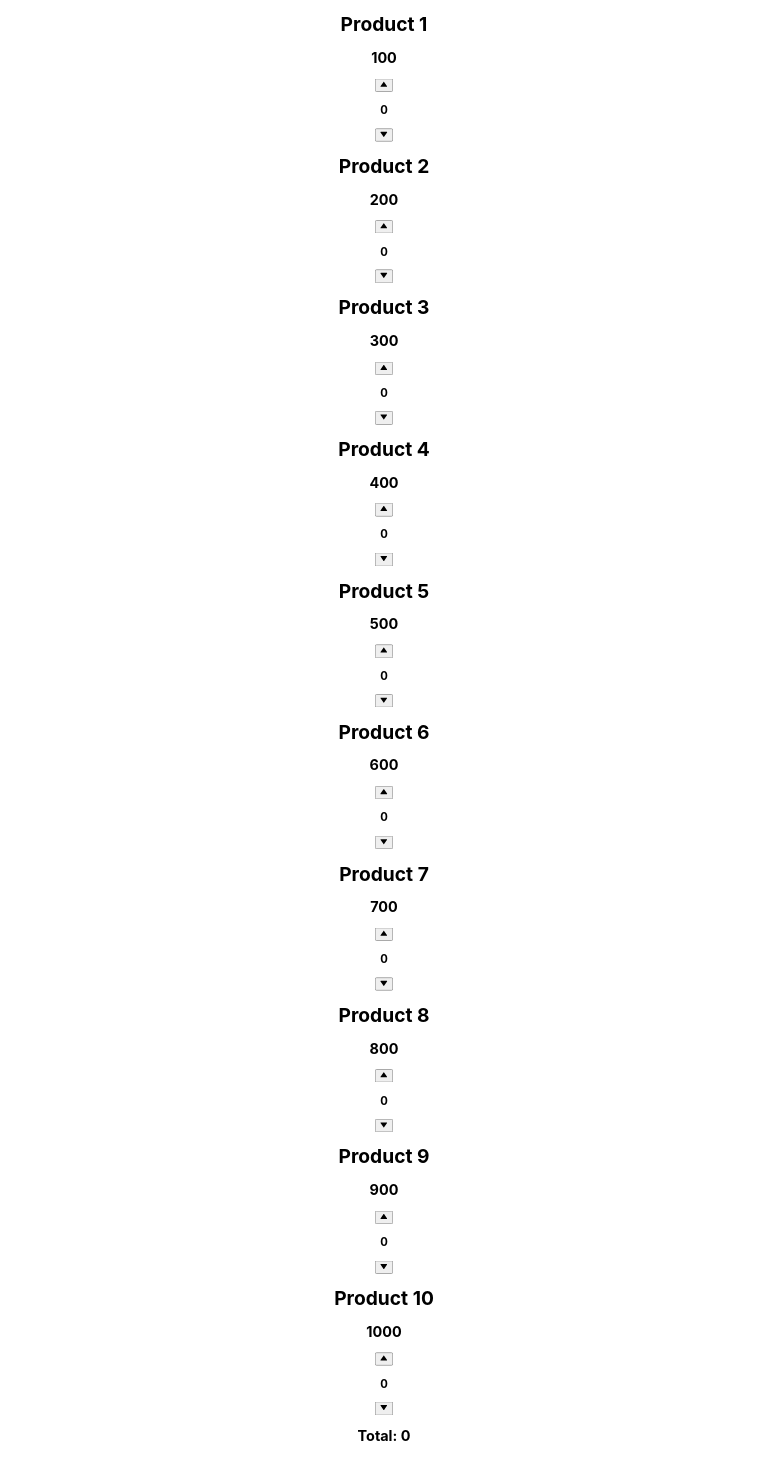
Repository: sriram1224/Cart-react-app
Page: /
The author's editor kept a copy of each file at every save. The page is drawn from the files as they stood at one save, then again after the next save.
The browser window is 1280 px wide. The pictures show the whole page, at 60% of full size.
The project was rebuilt for these pictures with package versions that can differ from the ones it lists, and the page was loaded fresh each time.

Above is the page before, as saved 2024-03-12 16:40:39.

After the next save:
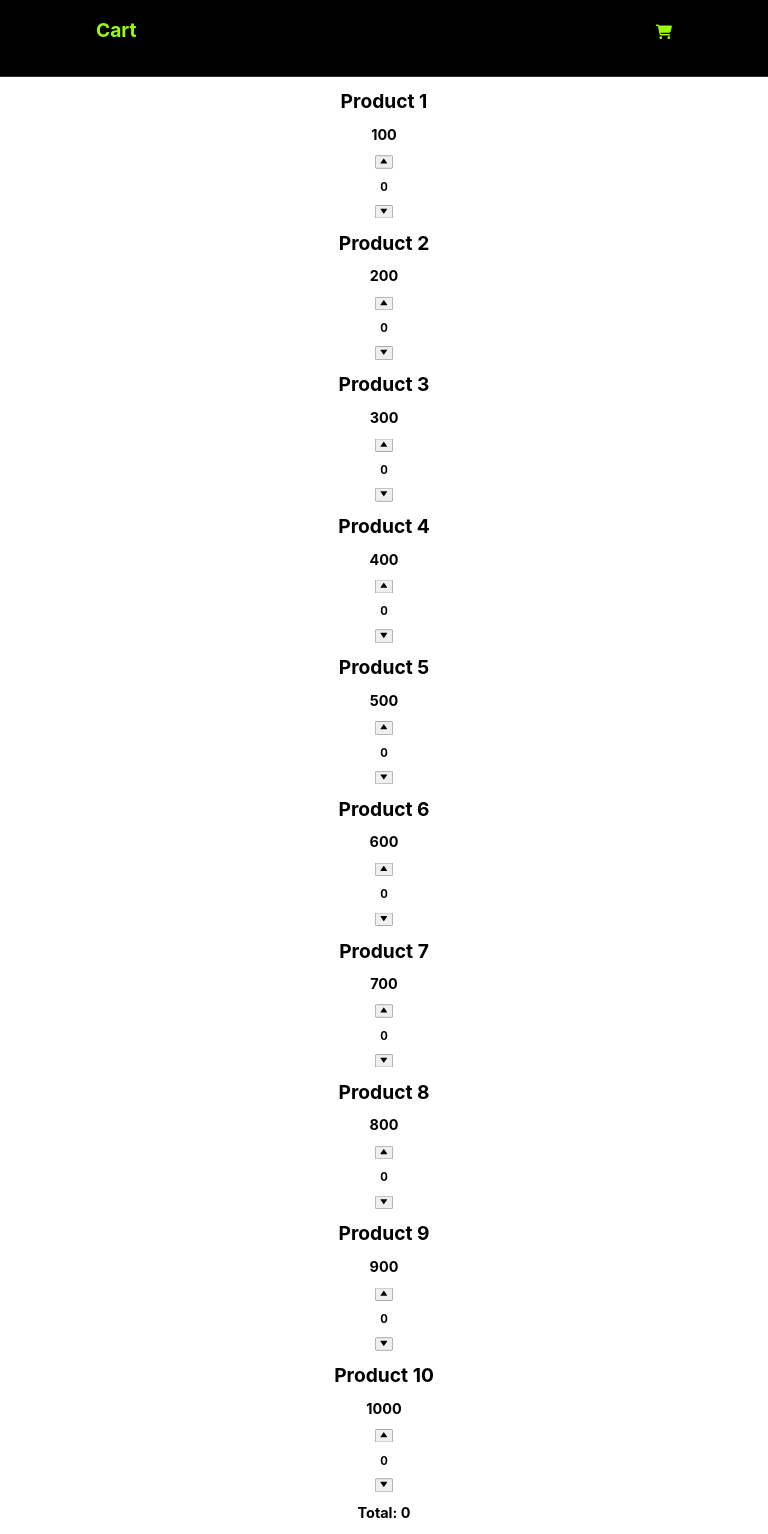
Saved 2 min 11 s later.
--- a/src/Components/cart.js
+++ b/src/Components/cart.js
@@ -1,5 +1,6 @@
 import React, { useState, useEffect } from "react";
 import { BiSolidUpArrow, BiSolidDownArrow } from "react-icons/bi";
+import Nav from './Nav'
 
 function Cart() {
     const [products, setProducts] = useState([
@@ -51,7 +52,11 @@ function Cart() {
     };
 
     return (
+
         <div>
+             <Nav cartItems={cartItems} />
+         <div>
+
             {products.map((product, index) => {
                 return (
                     <div key={index}>
@@ -70,6 +75,7 @@ function Cart() {
             <h2>Total: {total}</h2>
 
         </div>
+        </div>
     );
 }
 
